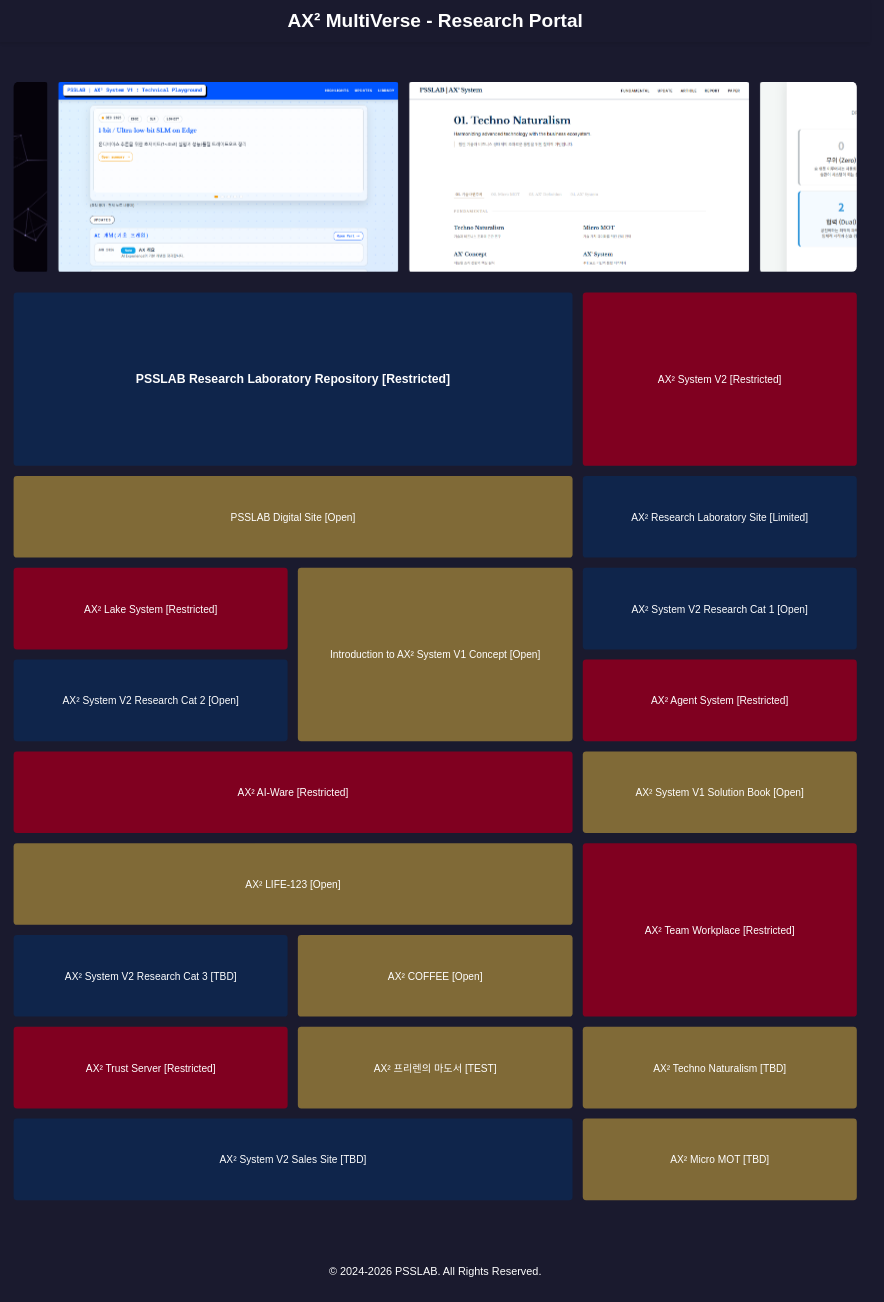
Repository: hycse89/PSSLAB_OpenSite
Page: psslab_multiverse_v3.html
An editor plug-in stored every save of this project. The page is shown before and after the next save, followed by the edit.
The browser window is 1280 px wide. The page is 1300 px wide, so the pictures cover 1300 px, including what lies to the right of the window. The pictures show the whole page, at 68% of full size.

Above is the page before, as saved 2026-01-11 20:02:13.

### psslab_multiverse_v3.html
<!DOCTYPE html>
<html lang="en">
<head>
    <meta charset="UTF-8">
    <meta name="viewport" content="width=device-width, initial-scale=1.0">
    <title>PSSLAB MultiVerse Campus - Mondrian Edition</title>
    <style>
        /* 기본 스타일 유지 */
        body {
            margin: 0;
            background-color: #1a1a2e;
            font-family: Arial, sans-serif;
            display: flex;
            flex-direction: column;
            align-items: center;
            min-height: 100vh;
            color: #ffffff;
        }

        .header {
            position: fixed;
            top: 0;
            left: 0;
            width: 100%;
            background-color: #1a1a2e;
            z-index: 1000;
            padding: 15px 0;
            box-shadow: 0 2px 4px rgba(0,0,0,0.1);
        }

        .header h1 {
            font-size: 28px;
            margin: 0;
            text-align: center;
        }

        .main-content {
            margin-top: 100px;
            width: 100%;
            max-width: 1400px;
            padding: 20px;
            box-sizing: border-box;
        }

        /* 슬라이더 스타일 (원본 유지) */
        .slider-container {
            width: 100%;
            overflow: hidden;
            margin-bottom: 30px;
            border-radius: 8px;
        }
        .slider-wrapper {
            display: flex;
            width: calc(500px * 13);
            animation: scroll 60s linear infinite;
        }
        .slider-image {
            width: 500px;
            height: 280px;
            padding: 0 8px;
        }
        .slider-image img {
            width: 100%;
            height: 100%;
            object-fit: cover;
            border-radius: 4px;
        }
        @keyframes scroll {
            0% { transform: translateX(0); }
            100% { transform: translateX(calc(-500px * 11)); }
        }

        /* --- 몬드리안 그리드 핵심 설정 --- */
        .link-container {
            display: grid;
            /* 최소 350px 너비를 확보하며 화면에 맞춰 자동으로 열 개수 조절 */
            grid-template-columns: repeat(auto-fill, minmax(350px, 1fr));
            grid-auto-rows: 120px; /* 기본 행 높이 */
            gap: 15px;
            width: 100%;
            grid-auto-flow: dense; /* 빈 공간을 자동으로 채우는 마법의 속성 */
        }

        .link-button {
            display: flex;
            align-items: center;
            justify-content: center;
            padding: 20px;
            font-size: 15px;
            color: white;
            text-decoration: none;
            border-radius: 5px;
            transition: all 0.3s ease;
            text-align: center;
            line-height: 1.4;
            box-sizing: border-box;
        }

        .link-button:hover {
            transform: scale(1.02);
            filter: brightness(1.2);
            z-index: 10;
        }

        /* 비중(Size) 클래스 */
        .size-lg { grid-column: span 2; grid-row: span 2; font-weight: bold; font-size: 18px; } /* 큰 사각형 */
        .size-wide { grid-column: span 2; } /* 가로로 긴 형태 */
        .size-tall { grid-row: span 2; }   /* 세로로 긴 형태 */

        /* 색상 (기본 유지) */
        .color-1 { background-color: #0F254B; }
        .color-2 { background-color: #800020; }
        .color-3 { background-color: #806a37; }

        footer {
            width: 100%;
            padding: 20px;
            text-align: center;
            background-color: #1a1a2e;
            margin-top: 40px;
        }

        @media (max-width: 768px) {
            .link-container {
                grid-template-columns: 1fr; /* 모바일에서는 1열 */
                grid-auto-rows: auto;
            }
            .size-lg, .size-wide, .size-tall {
                grid-column: span 1;
                grid-row: span 1;
            }
        }
    </style>
</head>
<body>

    <header class="header">
        <h1>AX² MultiVerse - Research Portal</h1>
    </header>

    <main class="main-content">
        <div class="slider-container">
            <div class="slider-wrapper">
                <div class="slider-image"><img src="./images/Image2.png" alt="2"></div>
                <div class="slider-image"><img src="./images/Image21.png" alt="21"></div>
                <div class="slider-image"><img src="./images/Image22.png" alt="22"></div>
                <div class="slider-image"><img src="./images/Image31.png" alt="31"></div>
                <div class="slider-image"><img src="./images/Image11.png" alt="11"></div>
                <div class="slider-image"><img src="./images/Image3.png" alt="3"></div>
                <div class="slider-image"><img src="./images/Image4.png" alt="4"></div>
                <div class="slider-image"><img src="./images/Image5.png" alt="5"></div>
                <div class="slider-image"><img src="./images/Image1.png" alt="1"></div>
                <div class="slider-image"><img src="./images/Image2.png" alt="2"></div>
            </div>
        </div>

        <div class="link-container">
            <a href="https://github.com/hycse89" class="link-button color-1 size-lg">PSSLAB Research Laboratory Repository [Restricted]</a>

            <a href="http://localhost:8008" class="link-button color-2 size-tall">AX² System V2 [Restricted]</a>

            <a href="http://www.psslab.co.kr" class="link-button color-3 size-wide">PSSLAB Digital Site [Open]</a>

            <a href="https://hycse89.github.io/PSSLAB_OpenSite/ax2_research_lab/" class="link-button color-1">AX² Research Laboratory Site [Limited]</a>

            <a href="http://localhost:8004" class="link-button color-2">AX² Lake System [Restricted]</a>

            <a href="ax2_v1_concept/ax2_homepage.html" class="link-button color-3 size-tall">Introduction to AX² System V1 Concept [Open]</a>

            <a href="ax2_v1_20260101/index.html" class="link-button color-1">AX² System V2 Research Cat 1 [Open]</a>

            <a href="http://localhost:8002" class="link-button color-2 size-wide">AX² AI-Ware [Restricted]</a>

            <a href="ax2_v2_20260101/index.html" class="link-button color-1">AX² System V2 Research Cat 2 [Open]</a>

            <a href="http://localhost:8003" class="link-button color-2">AX² Agent System [Restricted]</a>

            <a href="ax2_v1_concept/solution_book/index.html" class="link-button color-3">AX² System V1 Solution Book [Open]</a>

            <a href="http://localhost:8001/ax_site/ax2_life_123/index.html" class="link-button color-3 size-wide">AX² LIFE-123 [Open]</a>

            <a href="http://localhost:8007" class="link-button color-2 size-tall">AX² Team Workplace [Restricted]</a>

            <a href="ax2_v3_20260101/index.html" class="link-button color-1">AX² System V2 Research Cat 3 [TBD]</a>

            <a href="http://localhost:8001/ax_site/ax2_coffee/index.html" class="link-button color-3">AX² COFFEE [Open]</a>

            <a href="http://localhost:8005" class="link-button color-2">AX² Trust Server [Restricted]</a>

            <a href="http://localhost:8001/ax_site/ax2_frieren/index.html" class="link-button color-3">AX² 프리렌의 마도서 [TEST]</a>

            <a href="ax2_sales/index.html" class="link-button color-1 size-wide">AX² System V2 Sales Site [TBD]</a>

            <a href="http://localhost:8001/utils/markdown_viewer.html?file=/ax_research/doc/doc_ax_techno_naturalism_v5.md" class="link-button color-3">AX² Techno Naturalism [TBD]</a>

            <a href="http://localhost:8001/utils/markdown_viewer.html?file=/ax_research/doc/doc_ax_micro_mot_v2.md" class="link-button color-3">AX² Micro MOT [TBD]</a>
        </div>
    </main>

    <footer>
        <p>&copy; 2024-2026 PSSLAB. All Rights Reserved.</p>
    </footer>

</body>
</html>

After the next save:
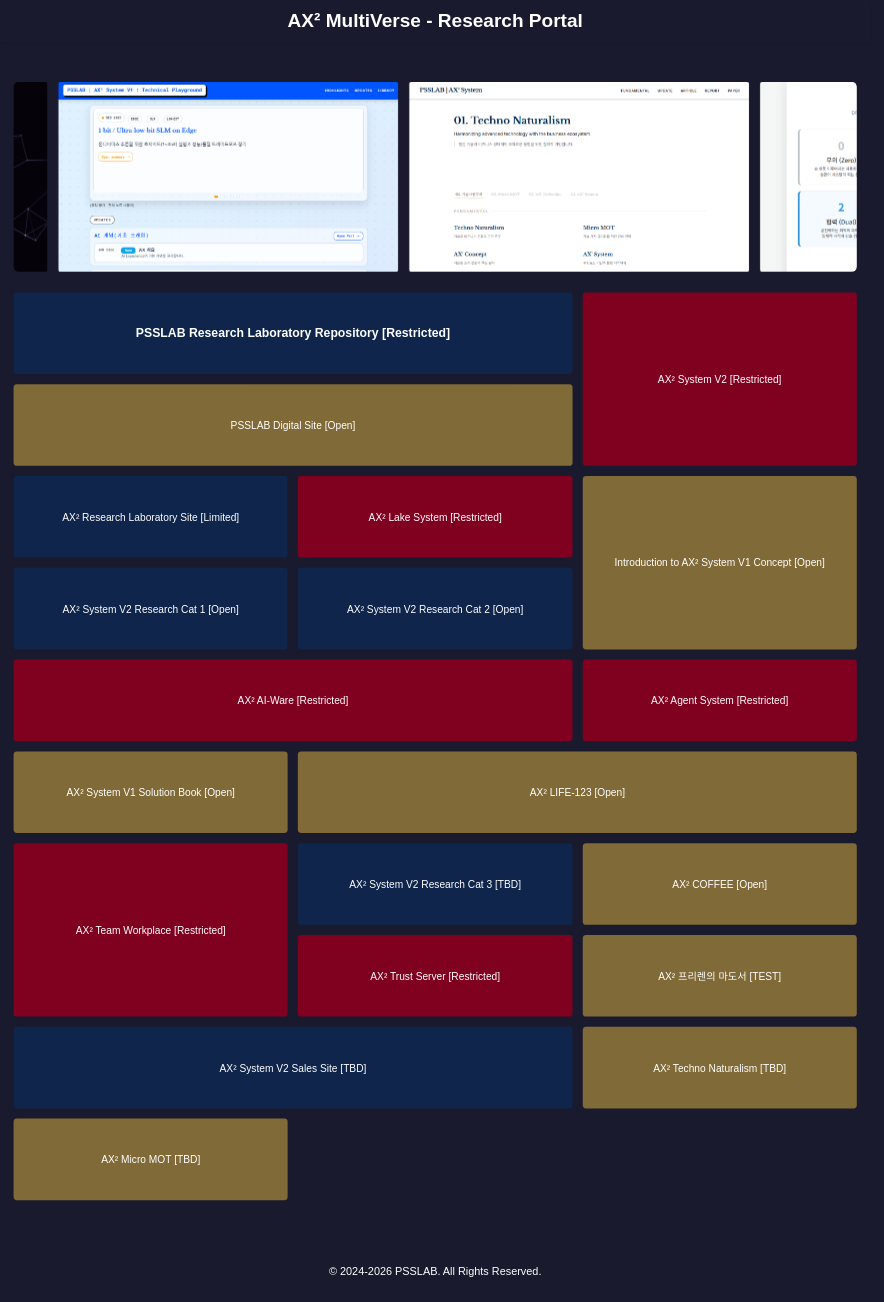
Saved 61 s later.
--- a/psslab_multiverse_v3.html
+++ b/psslab_multiverse_v3.html
@@ -103,7 +103,7 @@
         }
 
         /* 비중(Size) 클래스 */
-        .size-lg { grid-column: span 2; grid-row: span 2; font-weight: bold; font-size: 18px; } /* 큰 사각형 */
+        .size-lg { grid-column: span 2; grid-row: span 1; font-weight: bold; font-size: 18px; } /* 큰 사각형 */
         .size-wide { grid-column: span 2; } /* 가로로 긴 형태 */
         .size-tall { grid-row: span 2; }   /* 세로로 긴 형태 */
 
